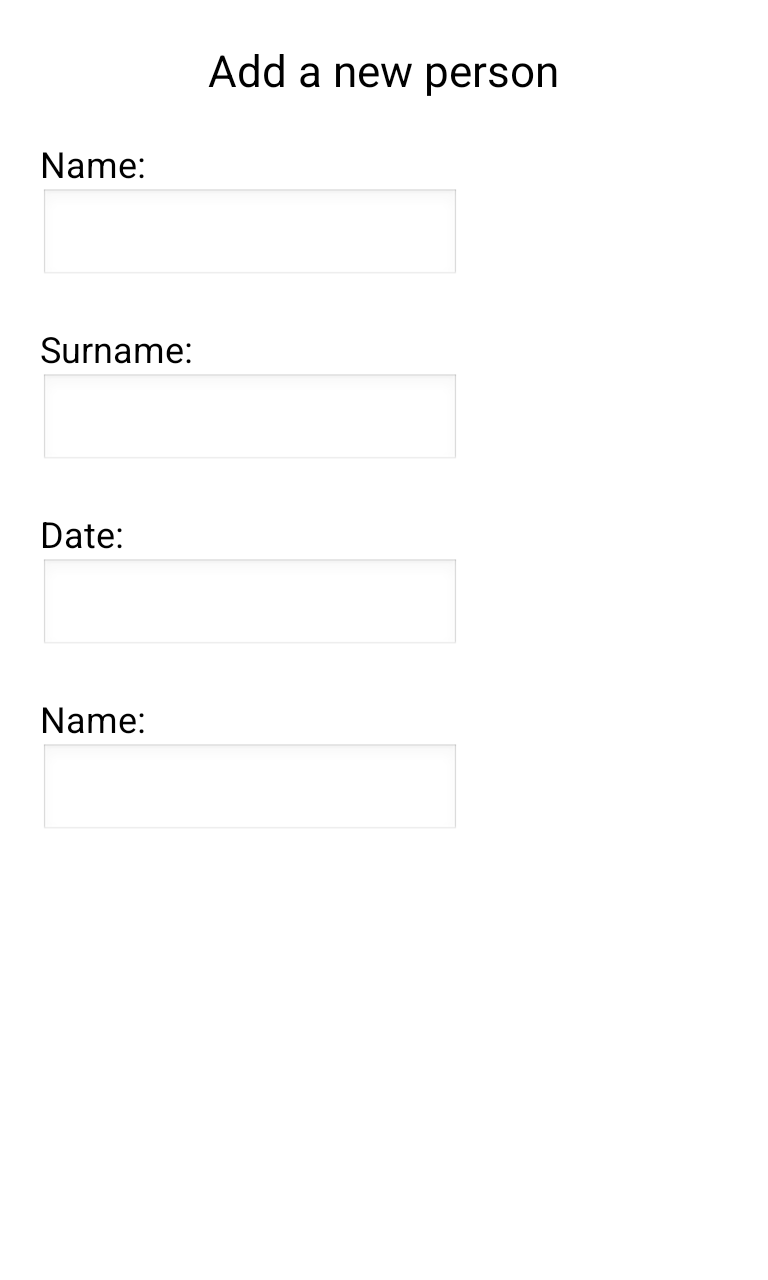
Repository: SimonIsMe/workspace_android
Layout: Lista5/res/layout/activity_add_new_person.xml
The author's editor kept a copy of each file at every save. The layout is drawn from the files as they stood at one save, then again after the next save.
It is drawn on a 768 x 1280 px phone screen (xhdpi) without system bars, with theme AppTheme; the app's code is not run.

Above is the layout before, as saved 2012-12-11 13:27:19.

### Lista5/res/layout/activity_add_new_person.xml
<RelativeLayout xmlns:android="http://schemas.android.com/apk/res/android"
    xmlns:tools="http://schemas.android.com/tools"
    android:layout_width="fill_parent"
    android:layout_height="fill_parent"
    tools:context=".AddNewPerson" >

    <TableLayout
        android:id="@+id/tableLayout1"
        android:layout_width="fill_parent"
        android:layout_height="fill_parent"
        android:layout_margin="20dp" >

        <TableRow
            android:id="@+id/tableRow1"
            android:layout_width="fill_parent"
            android:layout_height="wrap_content"
            android:layout_gravity="center"
            android:gravity="center" >

            <TextView
                android:id="@+id/textView1"
                android:layout_width="fill_parent"
                android:layout_height="wrap_content"
                android:layout_gravity="center"
                android:text="Add a new person"
                android:textAppearance="?android:attr/textAppearanceLarge" />

        </TableRow>

        <TableRow
            android:id="@+id/tableRow2"
            android:layout_width="fill_parent"
            android:layout_height="wrap_content"
            android:layout_marginTop="20dp" >

            <TextView
                android:id="@+id/textView2"
                android:layout_width="wrap_content"
                android:layout_height="wrap_content"
                android:text="Name:"
                android:textAppearance="?android:attr/textAppearanceMedium" />

        </TableRow>

        <TableRow
            android:id="@+id/tableRow3"
            android:layout_width="fill_parent"
            android:layout_height="wrap_content" >

            <EditText
                android:id="@+id/name"
                android:layout_width="fill_parent"
                android:layout_height="wrap_content"
                android:ems="10"
                android:inputType="textPersonName" />
        </TableRow>

        <TableRow
            android:id="@+id/tableRow2"
            android:layout_width="fill_parent"
            android:layout_height="wrap_content"
            android:layout_marginTop="20dp" >

            <TextView
                android:id="@+id/textView2"
                android:layout_width="wrap_content"
                android:layout_height="wrap_content"
                android:text="Surname:"
                android:textAppearance="?android:attr/textAppearanceMedium" />

        </TableRow>

        <TableRow
            android:id="@+id/tableRow3"
            android:layout_width="fill_parent"
            android:layout_height="wrap_content" >

            <EditText
                android:id="@+id/surname"
                android:layout_width="fill_parent"
                android:layout_height="wrap_content"
                android:ems="10"
                android:inputType="textPersonName" />
        </TableRow>

        <TableRow
            android:id="@+id/tableRow2"
            android:layout_width="fill_parent"
            android:layout_height="wrap_content"
            android:layout_marginTop="20dp" >

            <TextView
                android:id="@+id/textView2"
                android:layout_width="wrap_content"
                android:layout_height="wrap_content"
                android:text="Date:"
                android:textAppearance="?android:attr/textAppearanceMedium" />

        </TableRow>

        <TableRow
            android:id="@+id/tableRow3"
            android:layout_width="fill_parent"
            android:layout_height="wrap_content" >

            <EditText
                android:id="@+id/editText1"
                android:layout_width="fill_parent"
                android:layout_height="wrap_content"
                android:ems="10"
                android:inputType="textPersonName" />
        </TableRow>

        <TableRow
            android:id="@+id/tableRow2"
            android:layout_width="fill_parent"
            android:layout_height="wrap_content"
            android:layout_marginTop="20dp" >

            <TextView
                android:id="@+id/textView2"
                android:layout_width="wrap_content"
                android:layout_height="wrap_content"
                android:text="Name:"
                android:textAppearance="?android:attr/textAppearanceMedium" />

        </TableRow>

        <TableRow
            android:id="@+id/tableRow3"
            android:layout_width="fill_parent"
            android:layout_height="wrap_content" >

            <EditText
                android:id="@+id/editText1"
                android:layout_width="fill_parent"
                android:layout_height="wrap_content"
                android:ems="10"
                android:inputType="textPersonName" />
        </TableRow>

    </TableLayout>

</RelativeLayout>

Loaded but not shown: Lista5/res/values/styles.xml (common file)

After the next save:
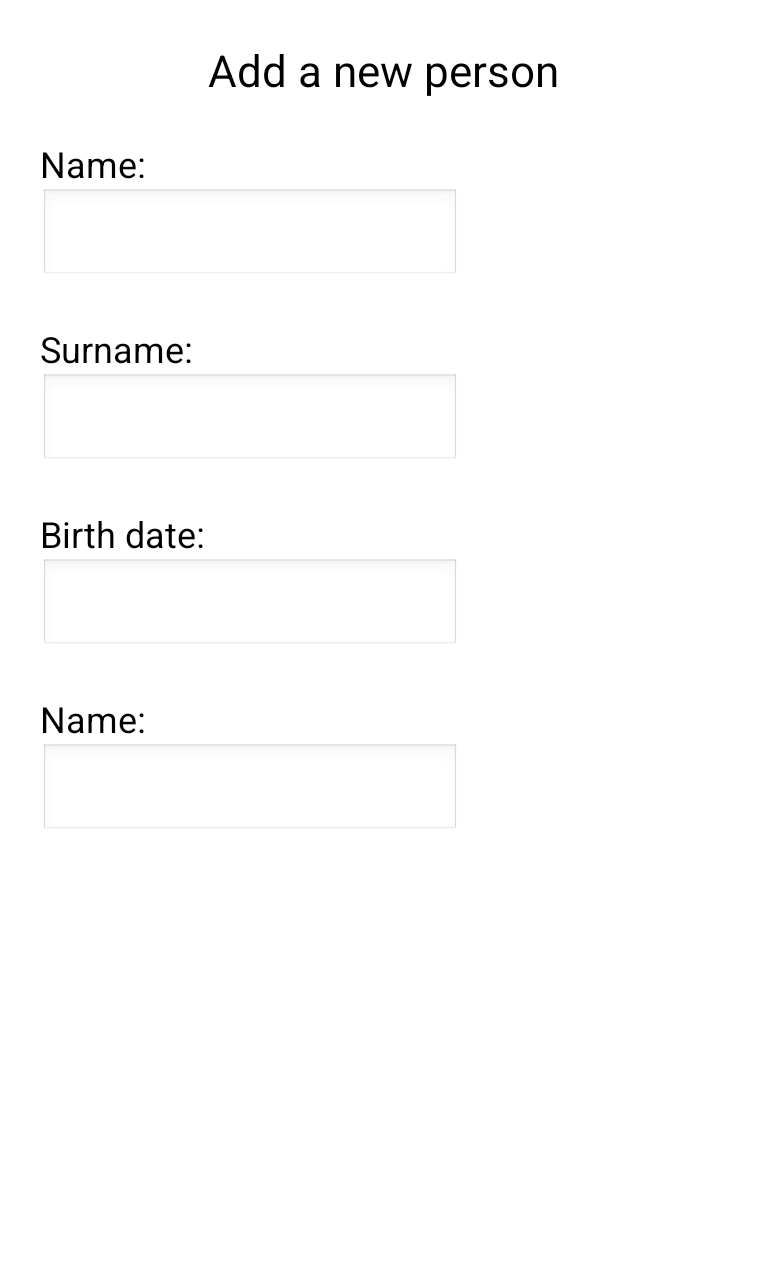
Saved 5 s later.
--- a/Lista5/res/layout/activity_add_new_person.xml
+++ b/Lista5/res/layout/activity_add_new_person.xml
@@ -93,7 +93,7 @@
                 android:id="@+id/textView2"
                 android:layout_width="wrap_content"
                 android:layout_height="wrap_content"
-                android:text="Date:"
+                android:text="Birth date:"
                 android:textAppearance="?android:attr/textAppearanceMedium" />
 
         </TableRow>
